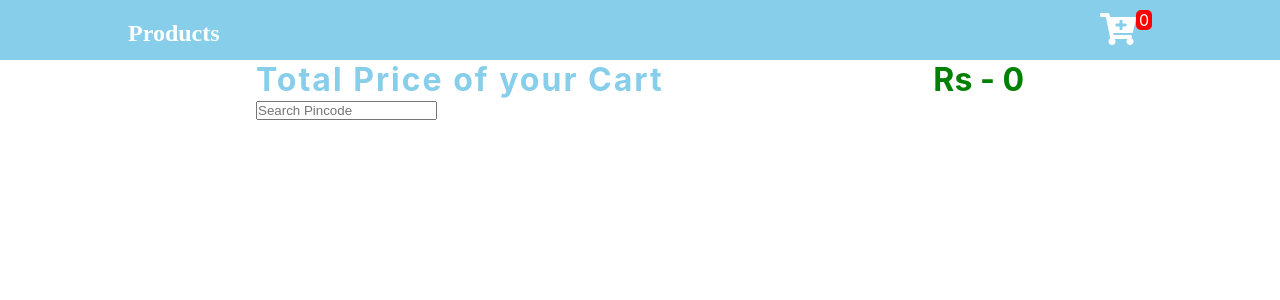
Repository: Imprasna/react-ecommerce
Page: /, after clicking the first element matching `div.cart`
The author's editor kept a copy of each file at every save. The page is drawn from the files as they stood at one save, then again after a run of saves.
The browser window is 1280 px wide. The pictures show the whole page.
Some web libraries are served in a nearby version. The project was rebuilt for these pictures with package versions that can differ from the ones it lists, and the page was loaded fresh each time.

Above is the page before, as saved 2022-06-14 21:15:44.

### public/index.html
<!DOCTYPE html>
<html lang="en">
  <head>
    <meta charset="utf-8" />
    <link rel="icon" href="%PUBLIC_URL%/favicon.ico" />
    <meta name="viewport" content="width=device-width, initial-scale=1" />
    <meta name="theme-color" content="#000000" />
    <meta
      name="description"
      content="Web site created using create-react-app"
    />
    <link
    rel="stylesheet"
    href="https://pro.fontawesome.com/releases/v5.10.0/css/all.css"
    integrity="sha384-AYmEC3Yw5cVb3ZcuHtOA93w35dYTsvhLPVnYs9eStHfGJvOvKxVfELGroGkvsg+p"
    crossorigin="anonymous"
  />
    <link rel="apple-touch-icon" href="%PUBLIC_URL%/logo192.png" />
    <!--
      manifest.json provides metadata used when your web app is installed on a
      user's mobile device or desktop. See https://developers.google.com/web/fundamentals/web-app-manifest/
    -->
    <link rel="manifest" href="%PUBLIC_URL%/manifest.json" />
    <!--
      Notice the use of %PUBLIC_URL% in the tags above.
      It will be replaced with the URL of the `public` folder during the build.
      Only files inside the `public` folder can be referenced from the HTML.

      Unlike "/favicon.ico" or "favicon.ico", "%PUBLIC_URL%/favicon.ico" will
      work correctly both with client-side routing and a non-root public URL.
      Learn how to configure a non-root public URL by running `npm run build`.
    -->
    <title>React App</title>
  </head>
  <body>
    <noscript>You need to enable JavaScript to run this app.</noscript>
    <div id="root"></div>
    <!--
      This HTML file is a template.
      If you open it directly in the browser, you will see an empty page.

      You can add webfonts, meta tags, or analytics to this file.
      The build step will place the bundled scripts into the <body> tag.

      To begin the development, run `npm start` or `yarn start`.
      To create a production bundle, use `npm run build` or `yarn build`.
    -->
  </body>
</html>

### src/App.js
import React, { useState } from "react";
import ProductList from "./components/ProductsList";
import Navbar from "./components/Navbar";
import Cart from "./components/Cart";

const App = () => {
  const [show, setShow] = useState(true);
  const [cart, setCart] = useState([]);

  const handleClick = (item) => {
    if (cart.indexOf(item) !== -1) return;
    setCart([...cart, item]);

    console.log(item)
    localStorage.setItem("productsInCart", JSON.stringify(item));
    // localStorage.setItem("added data", cart)
  };

  const handleChange = (item, d) => {
    const ind = cart.indexOf(item);
    const arr = cart;
    arr[ind].amount += d;

    if (arr[ind].amount === 0) arr[ind].amount = 1;
    setCart([...arr]);
  };

  // useEffect(() => {
  //   console.log("cart change");
  // }, [cart]);

  return (
    <React.Fragment>
      <Navbar setShow={setShow} size={cart.length} />
      {show ? (
        <ProductList handleClick={handleClick} />
      ) : (
        <Cart cart={cart} setCart={setCart} handleChange={handleChange} />
      )}
    </React.Fragment>
  );
};

export default App;

### src/components/ProductsList.js
import React from "react";
import list from "../products";
import Cards from "../components/Cards";
import "../components/css/ProductList.css";

const ProductsList = ({ handleClick }) => {
  return (
    <section>
      {list.map((item) => (
        <Cards key={item.id} item={item} handleClick={handleClick} />
      ))}
    </section>
  );
};

export default ProductsList;

### src/components/Navbar.js
import React from "react";
import "../components/css/navbar.css";

const Navbar = ({ setShow, size }) => {
  return (
    <nav>
      <div className="nav_box">
        <span className="my_shop" onClick={() => setShow(true)}>
         Products
        </span>
        <div className="cart" onClick={() => setShow(false)}>
          <span>
            <i className="fas fa-cart-plus"></i>
          </span>
          <span>{size}</span>
        </div>
      </div>
    </nav>
  );
};

export default Navbar;

### src/components/Cart.js
import React, { useState, useEffect } from "react";
import "../components/css/cart.css";
import Pincode from '../pincodes.json';

const Cart = ({ cart, setCart, handleChange }) => {
  const [price, setPrice] = useState(0);

  const handleRemove = (id) => {
    const arr = cart.filter((item) => item.id !== id);
    setCart(arr);
    handlePrice();
  };

  const handlePrice = () => {
    let ans = 0;
    cart.map((item) => (ans += item.amount * item.price));
    // console.log(cart.map((item) => (item.amount * item.price)))
    setPrice(ans);
  };

  useEffect(() => {
    handlePrice();
  });

  const [searchTerm, setSearchTerm] = useState('');

  return (
    <article>
      {cart.map((item) => (
        <div className="cart_box" key={item.id}>
          <div className="cart_img">
            <img src={item.image} alt="" />
            <p>{item.name}</p>
          </div>

          <div>
            <button type="button" onClick={() => handleChange(item, 1)}>+</button>
            <button>{item.amount}</button>
            <button type="button" onClick={() => handleChange(item, -1)}>-</button>
          </div>
          <div>
            <span>{item.price}</span>
            <button type="button" onClick={() => handleRemove(item.id)}>Remove</button>
          </div>
        </div>
      ))}
      <div className="total">
        <span>Total Price of your Cart</span>
        <span>Rs - {price}</span>
      </div>

      <input type="text" placeholder="Search Pincode" onChange={e => setSearchTerm(e.target.value)} />

      <div>
        {Pincode.filter((value) =>
        {
          if (searchTerm === " ") {
            return value;
          } else if (value.code.toString().includes(searchTerm.toString())) {
            var deliveryPrice = value.charge + price;
            console.log(deliveryPrice);
            return value;
          }
        })
          .map((pin) =>
            (
            <p onClick={() => handlePrice(setPrice(pin.charge))}>  </p>

      ))}
          </div>
    </article>
  );
};

export default Cart;

### src/products.js


const data = [


	{    "id":1,
		"name": "Product 1",
		"price": 877,
		"availability": 3,
		"image": "https://picsum.photos/200/300",
		"amount":1
	},
	{
		"id":2,
		"name": "Product 2",
		"price": 500,
		"availability": 1,
		"image": "https://picsum.photos/200/300",
		"amount":1

	},
	{
		"id":3,
		"name": "Product 3",
		"price": 990,
		"availability": 2,
		"image": "https://picsum.photos/200/300",
		"amount":1

	},
	{
		"id":4,
		"name": "Product 4",
		"price": 1500,
		"availability": 0,
		"image": "https://picsum.photos/200/300",
		"amount":1
	}]

	export default data

### src/components/Cards.js
import React from "react";

const Cards = ({ item, handleClick }) => {
  const { name, availability, price, image } = item;
  return (
    <div className="cards">
      <div className="image_box">
        <img src={image} alt="" />
      </div>
      <div className="details">
        <p>{name}</p>
        <p>{availability}</p>
        <p>Price - {price}Rs</p>
        <button type="button" onClick={() => handleClick(item)}>Add to Cart</button>
      </div>
    </div>
  );
};

export default Cards;

### src/components/css/ProductList.css
* {
    margin: 0;
    padding: 0;
  }
  section {
    width: 80%;
    margin: auto;
    margin-top: 5%;
    display: grid;
    grid-template-columns: repeat(3, 1fr);
    grid-template-rows: auto;
  }
  .cards {
    width: 250px;
    padding: 20px;
  }
  .cards:hover {
    box-shadow: 0 10px 10px 10px rbga(0, 0, 0, 0.1);
    cursor: pointer;
  }
  .image_box img {
    width: 150px;
    height: 200px;
  }

  .image_box img {
    width: 150px;
    height: 200px;
  }
  .details p:nth-child(1) {
    font-weight: bold;
  }
  .details p:nth-child(2) {
    color: grey;
    font-size: 0.8rem;
  }
  .details p:nth-child(3) {
    font-weight: bolx;
    color: grey;
  }
  .details button {
    padding: 5px 10px;
    border: none;
    font-weight: bold;
    background-color: skyblue;
    outline: none;
  }

### src/components/css/navbar.css
* {
    margin: 0;
    padding: 0;
  }

  nav {
    width: 100%;
    height: 60px;
    background-color: skyblue;
  }

  .nav_box {
    width: 80%;
    margin: auto;
    display: flex;
    align-items: center;
    justify-content: space-between;
    line-height: 60px;
  }
  .my_shop {
    font-size: 1.5rem;
    font-weight: bold;
    color: white;
    font-family: cursive;
    cursor: pointer;
  }
  .cart {
    cursor: pointer;
  }
  .cart span:nth-child(1) {
    font-size: 2rem;
    color: white;
  }
  .cart span:nth-child(2) {
    padding: 0 3px;
    background-color: red;
    color: white;
    font-weight: bolx;
    border-radius: 5px;
    position: relative;
    top: -15px;
  }

### src/components/css/cart.css
* {
    margin: 0;
    padding: 0;
  }

  article {
    width: 60%;
    margin: auto;
  }

  .cart_box img {
    width: 50px;
    height: 50px;
  }
  .cart_img {
    display: flex;
    width: 400px;
  }

  .cart_img p {
    font-weight: bold;
    margin-left: 10px;
  }

  .cart_box {
    display: flex;
    align-items: center;
    justify-content: space-between;
    margin-top: 20px;
    border-bottom: 2px solid skyblue;
    padding-bottom: 5px;
  }

  .cart_box div:nth-child(2) button {
    padding: 5px 10px;
    font-weight: bold;
    margin-right: 5px;
  }

  .cart_box div:nth-child(3) button {
    padding: 5px 10px;
    font-weight: bold;
    letter-spacing: 2px;
    border: none;
    outline: none;
    color: white;
    background-color: skyblue;
    border-radius: 5px;
    cursor: pointer;
  }
  .cart_box div:nth-child(3) button:hover {
    background-color: darkseagreen;
  }
  .cart_box div:nth-child(3) span {
    background-color: lightgreen;
    padding: 5px 10px;
    border-radius: 5px;
    margin-right: 10px;
  }

  .total {
    display: flex;
    justify-content: space-between;
  }

  .total span:nth-child(1) {
    font-size: 2rem;
    color: skyblue;
    font-weight: bold;
    letter-spacing: 2px;
  }

  .total span:nth-child(2) {
    font-size: 2rem;
    color: green;
    font-weight: bold;
  }

### src/pincodes.json
[
	{
		"code": 641001,
		"charge": 0
	},
	{
		"code": 641002,
		"charge": 10
	},
	{
		"code": 641003,
		"charge": 50
	}
]

Loaded but not shown: src/index.js (common file); src/index.css (common file); src/reportWebVitals.js (common file)

After the next 12 saves:
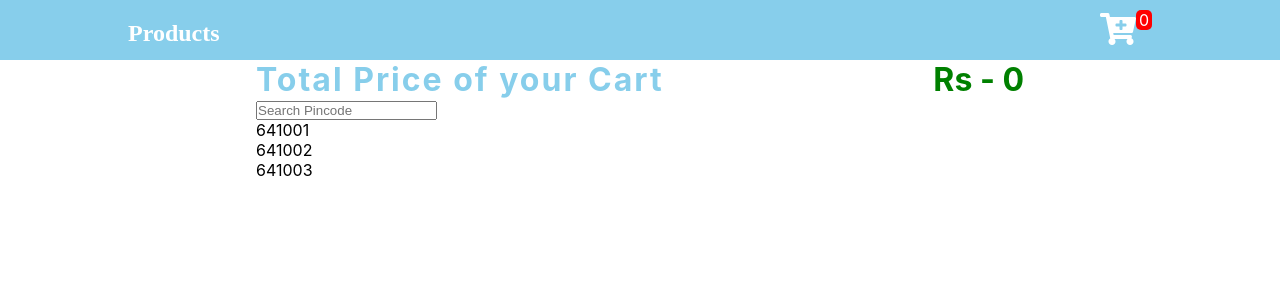
The 12 saves are shown as one change because 4 did not build or start and some came seconds apart.
The last was saved 61 s later.
--- a/src/components/Cart.js
+++ b/src/components/Cart.js
@@ -63,8 +63,9 @@
           }
         })
           .map((pin) =>
-            (
-            <p onClick={() => handlePrice(setPrice(pin.charge))}>  </p>
+          (
+
+            <p onClick={() => handlePrice(setPrice(pin.charge))}> {pin.code} </p>
 
       ))}
           </div>

After the save that followed:
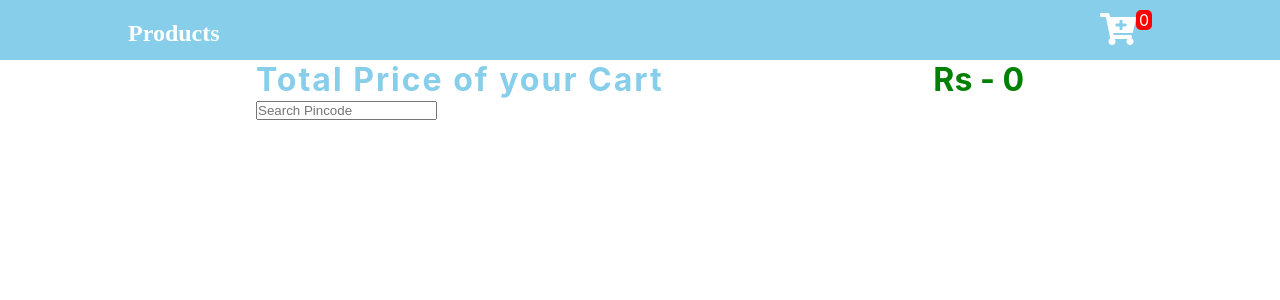
Saved 4 s later.
--- a/src/components/Cart.js
+++ b/src/components/Cart.js
@@ -65,7 +65,7 @@
           .map((pin) =>
           (
 
-            <p onClick={() => handlePrice(setPrice(pin.charge))}> {pin.code} </p>
+            <p onClick={() => handlePrice(setPrice(pin.charge))}>  </p>
 
       ))}
           </div>
